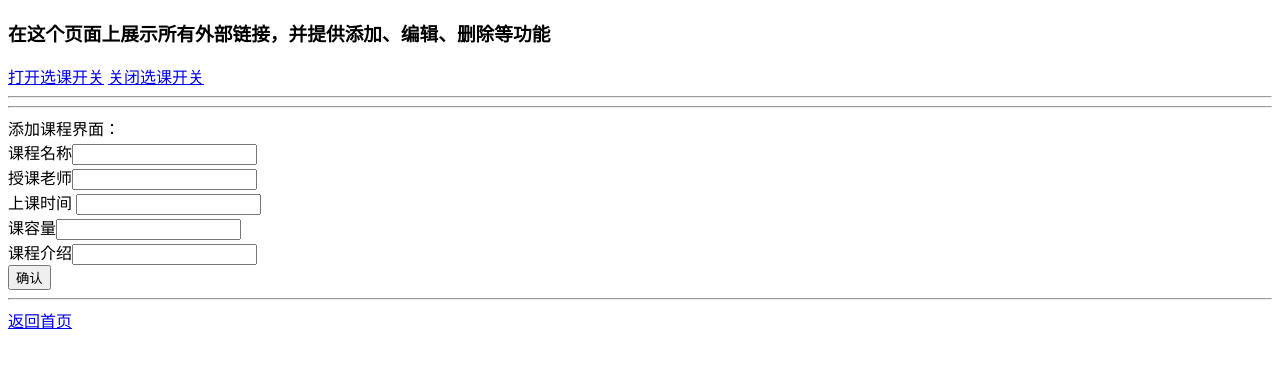
Repository: hbisheng/Academic-portal-website
Page: http://localhost/NewInfo/admin/media_manage.jsp
An editor plug-in stored every save of this project. The page is shown before and after a run of saves, followed by the edit.
The browser window is 1280 px wide. The pictures show the whole page.
The page is served by Tomcat 9. Queries for data that is not in the repository find no rows.

Above is the page before, as saved 2014-09-21 14:36:25.

After the next 2 saves:
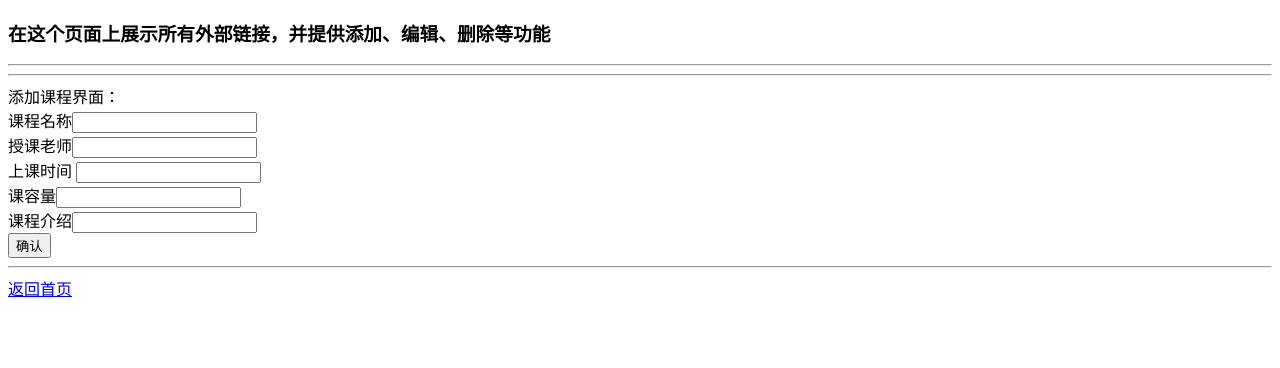
The 2 saves are shown as one change because they came seconds apart.
The last was saved 11 s later.
--- a/Java_info/NewInfo/WebContent/admin/media_manage.jsp
+++ b/Java_info/NewInfo/WebContent/admin/media_manage.jsp
@@ -13,10 +13,6 @@
 <body>
 
 <h3>在这个页面上展示所有外部链接，并提供添加、编辑、删除等功能</h3>
-
-
-<a href ="course_manage.jsp?action=yes_choose">打开选课开关</a>
-<a href ="course_manage.jsp?action=no_choose">关闭选课开关</a>
 
 <%
 	String this_url = "course_manage.jsp";
